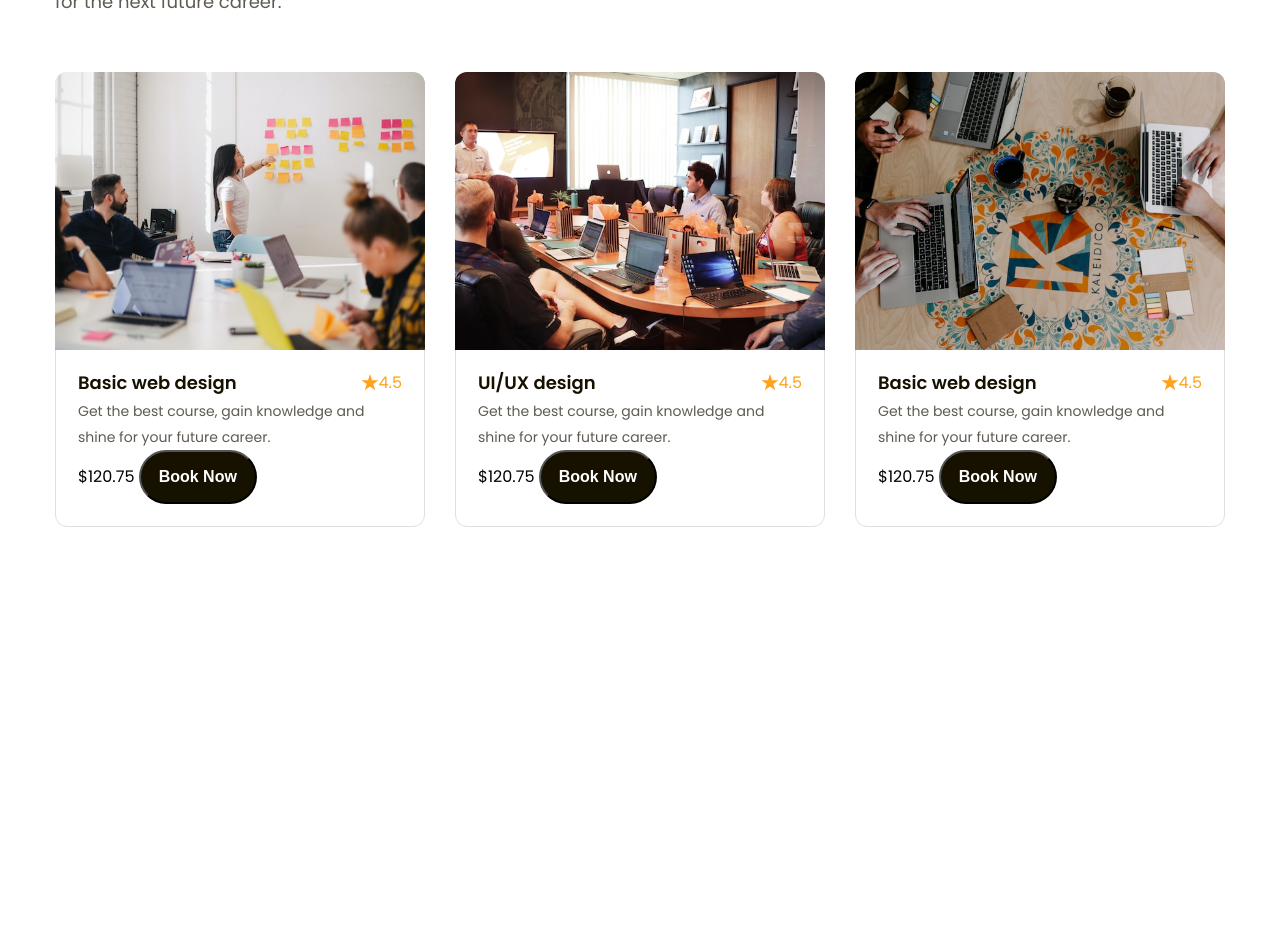
Repository: ynguyen1512/htmlcss-project-02
Page: index.html
The author's editor kept a copy of each file at every save. The page is drawn from the files as they stood at one save, then again after the next save.
The browser window is 1280 px wide. The pictures show the part of the page from y = 1207 to 2159 px (the page is 5000 px tall).
A picture or video elsewhere on the page could not be fetched, so the positions and the page height are approximate.

Above is the page before, as saved 2023-02-20 22:54:22.

After the next save:
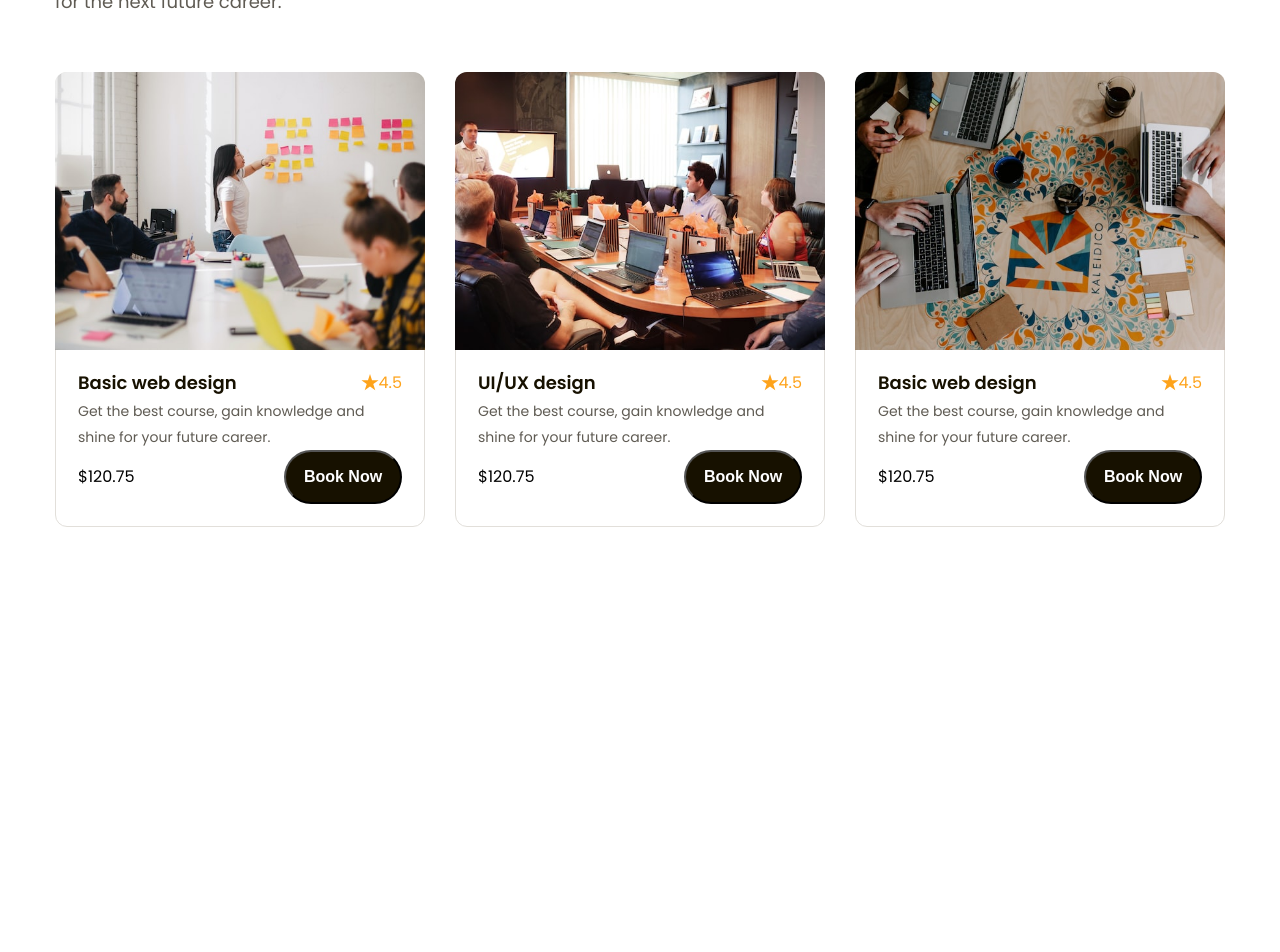
Saved 61 s later.
--- a/assets/css/style.css
+++ b/assets/css/style.css
@@ -340,6 +340,7 @@ a {
     padding: 16px 22px 22px;
 }
 
+.popular .course-item .foot,
 .popular .course-item .rating,
 .popular .course-item .head {
     display: flex;
